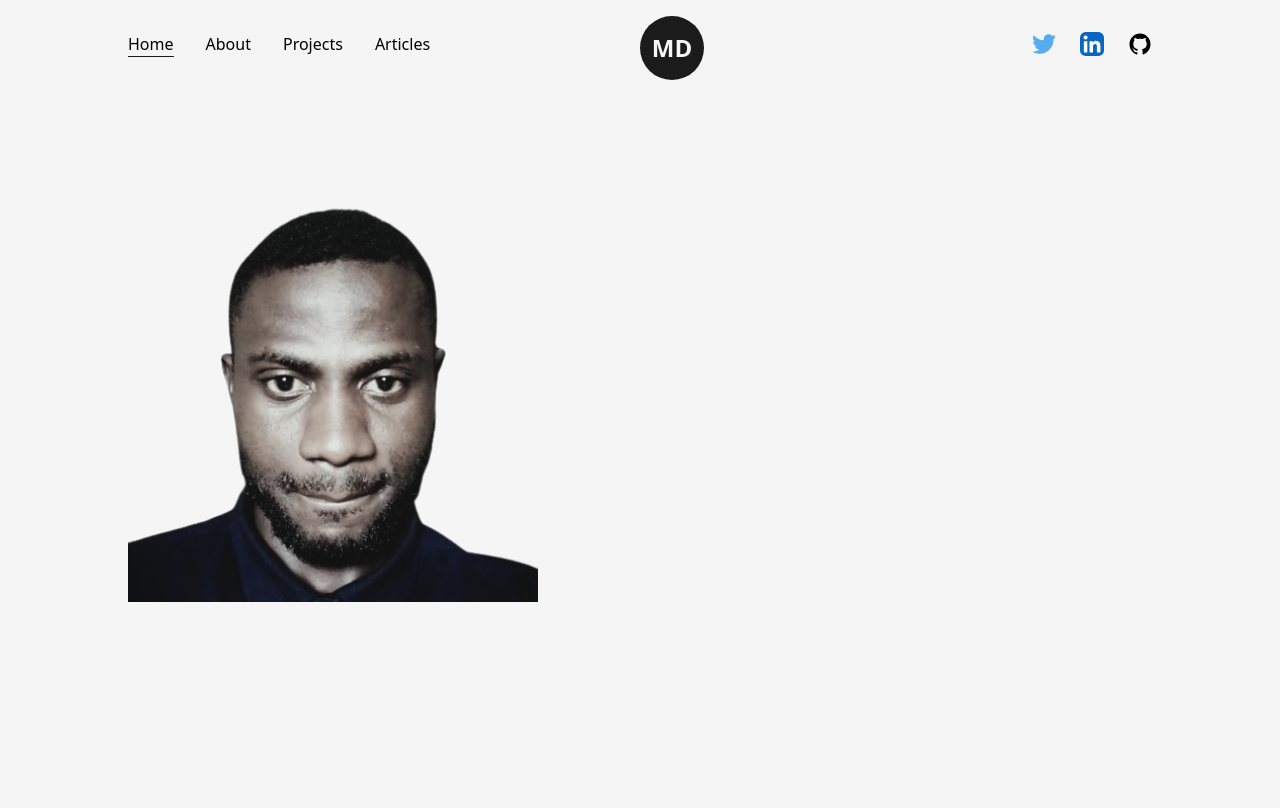
Repository: marcusdashe/situs
Page: /
The author's editor kept a copy of each file at every save. The page is drawn from the files as they stood at one save, then again after the next save.
The browser window is 1280 px wide. The pictures show the whole page.
The project was rebuilt for these pictures with package versions that can differ from the ones it lists, and the page was loaded fresh each time. The framework's server and built-in components were replaced by stand-ins that run in the browser.

Above is the page before, as saved 2023-06-15 17:23:02.

### src/pages/_app.js
import Navbar from "@/components/Navbar";
import "@/styles/globals.css";
import Head from "next/head";
// import { IBM_Plex_Sans } from "next/font/google";

// const ibm = IBM_Plex_Sans({
//   subsets: ["latin"],
//   variable: "--font-mont",
// });

export default function App({ Component, pageProps }) {
  return (
    <>
      <Head>
        <meta name="viewport" content="width=device-width, initial-scale=1" />
        <link rel="icon" href="/favicon.ico" />
      </Head>
      <main className={`  bg-light w-full min-h-screen`}>
        <Navbar />
        <Component {...pageProps} />
      </main>
    </>
  );
}

### src/pages/index.js
import Head from "next/head";
import Image from "next/image";
import { Inter } from "next/font/google";
import Layout from "@/components/Layout";
import profilePic from "../../public/images/profile/developer-pic-4.png";

const inter = Inter({ subsets: ["latin"] });

export default function Home() {
  return (
    <>
      <Head>
        <title>Marcus Dashe | Portfolio</title>
        <meta name="description" content="Generated by create next app" />
      </Head>
      <main className="flex items-center text-dark w-full min-h-screen">
        <Layout className="pt-0">
          <div className=" w-full flex items-center justify-between">
            <div className="w-2/5">
              <Image
                src={profilePic}
                alt="Marcus Dashe"
                className="w-full h-auto"
              />
            </div>
          </div>
        </Layout>
      </main>
    </>
  );
}

### src/components/Navbar.jsx
import React from "react";
import { useRouter } from "next/router";
import Link from "next/link";
import Logo from "./Logo";
import { TwitterIcon, GithubIcon, LinkedInIcon } from "./Icons";
import { motion } from "framer-motion";

const CustomLink = ({ href, title, className = "" }) => {
  const router = useRouter();

  return (
    <Link href={href} className={`${className} relative group`}>
      {title}
      <span
        className={`h-[1px] inline-block bg-dark absolute left-0 -bottom-0.5 group-hover:w-full transition-[width] ease duration-300 ${
          router.asPath === href ? "w-full" : "w-0"
        }`}
      >
        &nbsp;
      </span>
    </Link>
  );
};

const Navbar = () => {
  return (
    <header
      className="w-full px-32 py-8 font-medium
            flex items-center justify-between"
    >
      <nav>
        <CustomLink href="/" title="Home" className="mr-4" />
        <CustomLink href="/about" title="About" className="mx-4" />
        <CustomLink href="/projects" title="Projects" className="mx-4" />
        <CustomLink href="/articles" title="Articles" className="ml-4" />
      </nav>

      <nav className="flex items-center justify-center flex-wrap">
        <motion.a
          href="https://www.twitter.com/marcusdashe"
          target={"_blank"}
          whileHover={{
            y: -2,
          }}
          whileTap={{ scale: 0.9 }}
          className="w-6 mx-3"
        >
          <TwitterIcon className="" />
        </motion.a>
        <motion.a
          href="https://www.linkedin.com/in/marcus-dashe-15a088202"
          target={"_blank"}
          whileHover={{
            y: -2,
          }}
          whileTap={{ scale: 0.9 }}
          className="w-6 mx-3"
        >
          <LinkedInIcon />
        </motion.a>
        <motion.a
          href="https://www.github.com/marcusdashe"
          target={"_blank"}
          whileHover={{
            y: -2,
          }}
          whileTap={{ scale: 0.9 }}
          className="w-6 ml-3"
        >
          <GithubIcon />
        </motion.a>
      </nav>
      <div className="absolute left-[50%] top-2 translate-x-[-50]">
        <Logo />
      </div>
    </header>
  );
};

export default Navbar;

### src/styles/globals.css
@import url("https://fonts.googleapis.com/css2?family=IBM+Plex+Sans:ital,wght@0,100;0,200;0,300;1,100;1,200&family=Inter:wght@300;400;500;600;700;800;900&display=swap");

@tailwind base;
@tailwind components;
@tailwind utilities;

### src/components/Layout.jsx
import React from "react";

const Layout = ({ children, className = "" }) => {
  return (
    <div className={`${className} w-full inline-block z-0 bg-light p-32  `}>
      {children}
    </div>
  );
};

export default Layout;

### src/components/Logo.jsx
"use client";

import React from "react";
import Link from "next/link";
import { motion } from "framer-motion";

const MotionLink = motion(Link);

const Logo = () => {
  return (
    <div className="flex items-center justify-center mt-2">
      <MotionLink
        href="/"
        className="w-16 h-16 bg-dark text-light flex items-center
        justify-center rounded-full text-2xl font-bold hover
      "
        whileHover={{
          scale: 1.5,
          backgroundColor: [
            "#121212",
            "rgba(131,58,180,1)",
            "rgba(253,29,29,1)",
            "rgba(252,176,69,1)",
            "rgba(131,58,180,1)",
            "#121212",
          ],
          transition: {
            duration: 1,
            repeat: Infinity,
          },
        }}
      >
        MD
      </MotionLink>
    </div>
  );
};

export default Logo;

Loaded but not shown: tailwind.config.js (27 lines, source omitted); src/components/Icons.jsx (463 lines, source omitted)

After the next save:
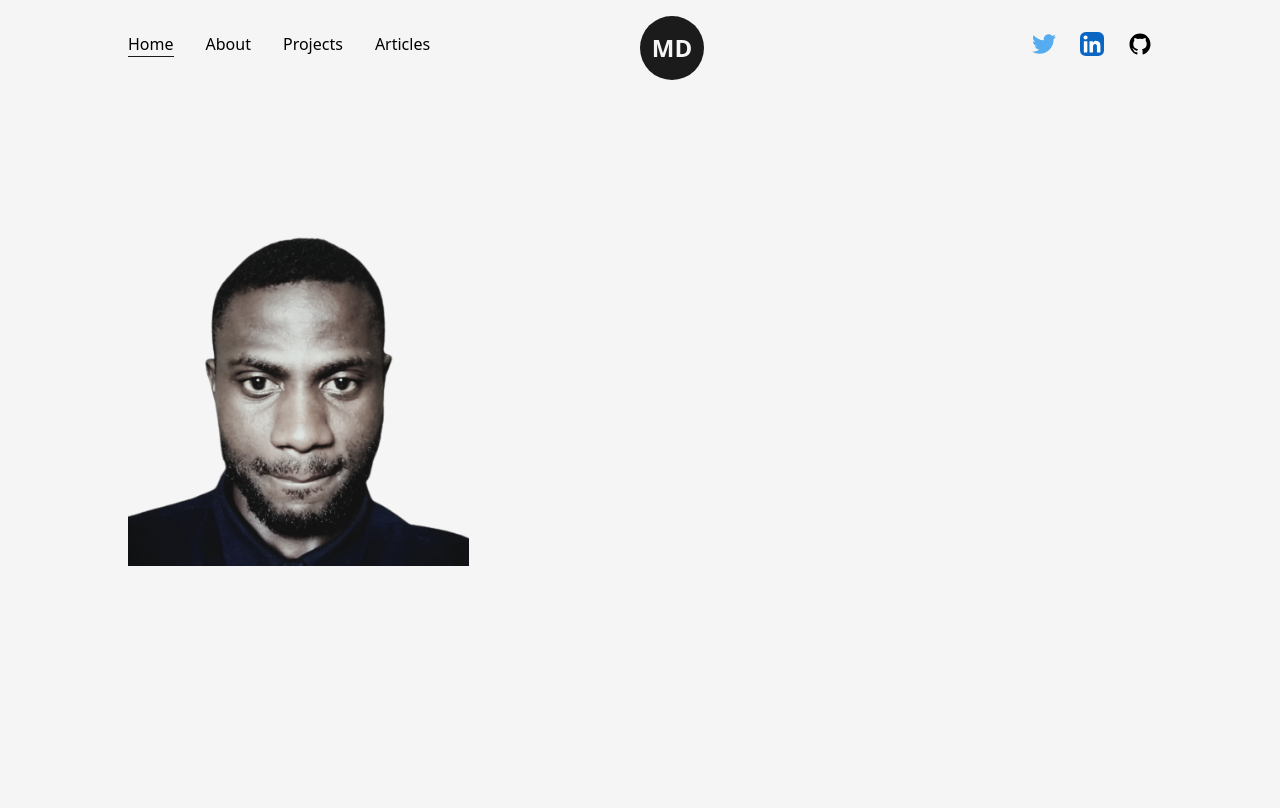
Saved 9 s later.
--- a/src/pages/index.js
+++ b/src/pages/index.js
@@ -16,7 +16,7 @@
       <main className="flex items-center text-dark w-full min-h-screen">
         <Layout className="pt-0">
           <div className=" w-full flex items-center justify-between">
-            <div className="w-2/5">
+            <div className="w-2/6">
               <Image
                 src={profilePic}
                 alt="Marcus Dashe"

After the save that followed:
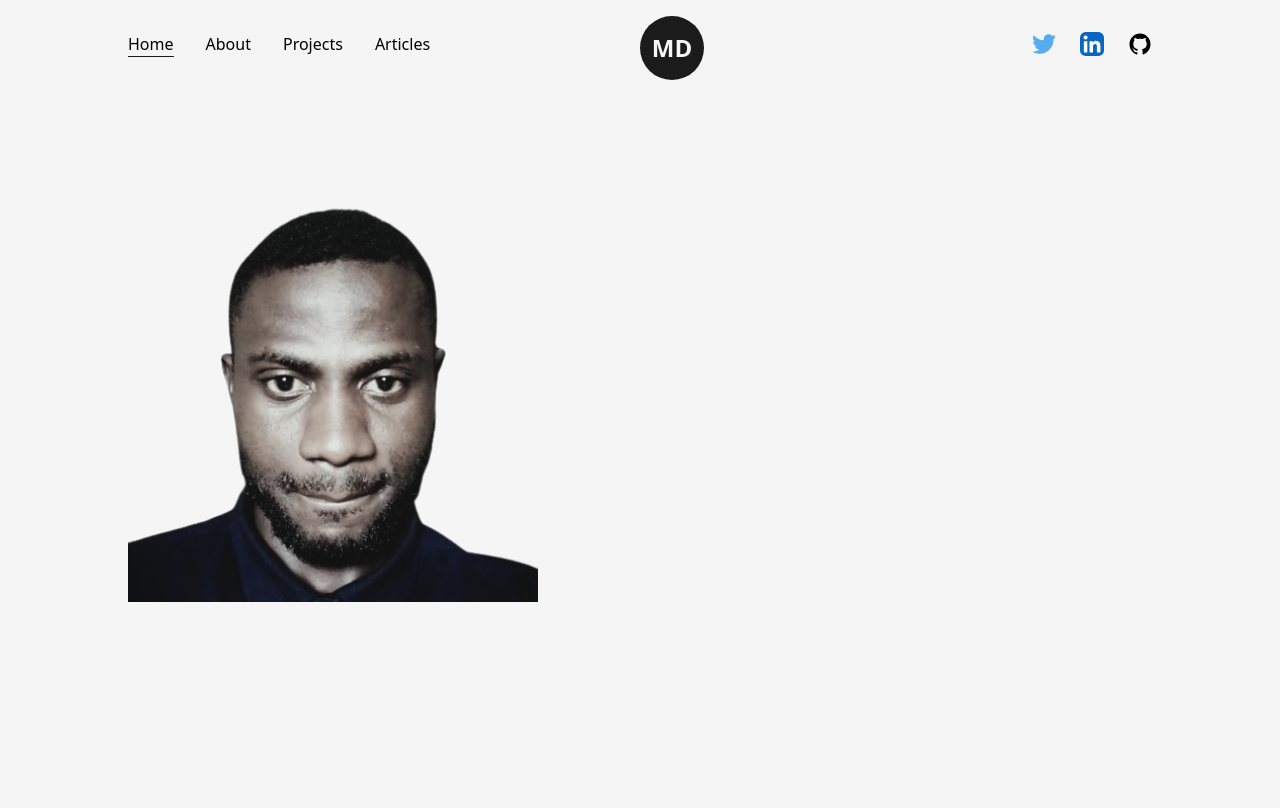
Saved 8 s later.
--- a/src/pages/index.js
+++ b/src/pages/index.js
@@ -16,7 +16,7 @@
       <main className="flex items-center text-dark w-full min-h-screen">
         <Layout className="pt-0">
           <div className=" w-full flex items-center justify-between">
-            <div className="w-2/6">
+            <div className="w-2/5">
               <Image
                 src={profilePic}
                 alt="Marcus Dashe"
